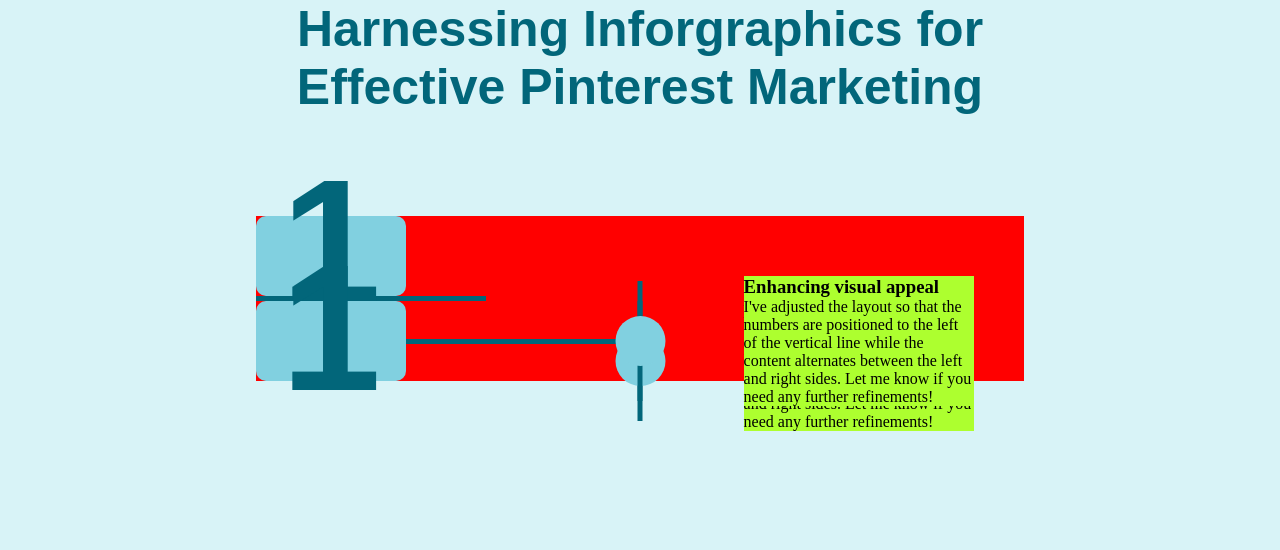
Repository: ayushrajput545/InforGraphic-page
Page: index.html
These files come from the project's save history. The page is drawn as it stood at one moment and after the next save; the edit follows.
The browser window is 1280 px wide. The pictures show the whole page.
Some web fonts or font styles are not loaded; a fallback is used.

Above is the page before, as saved 2025-04-01 22:57:00.

After the next save:
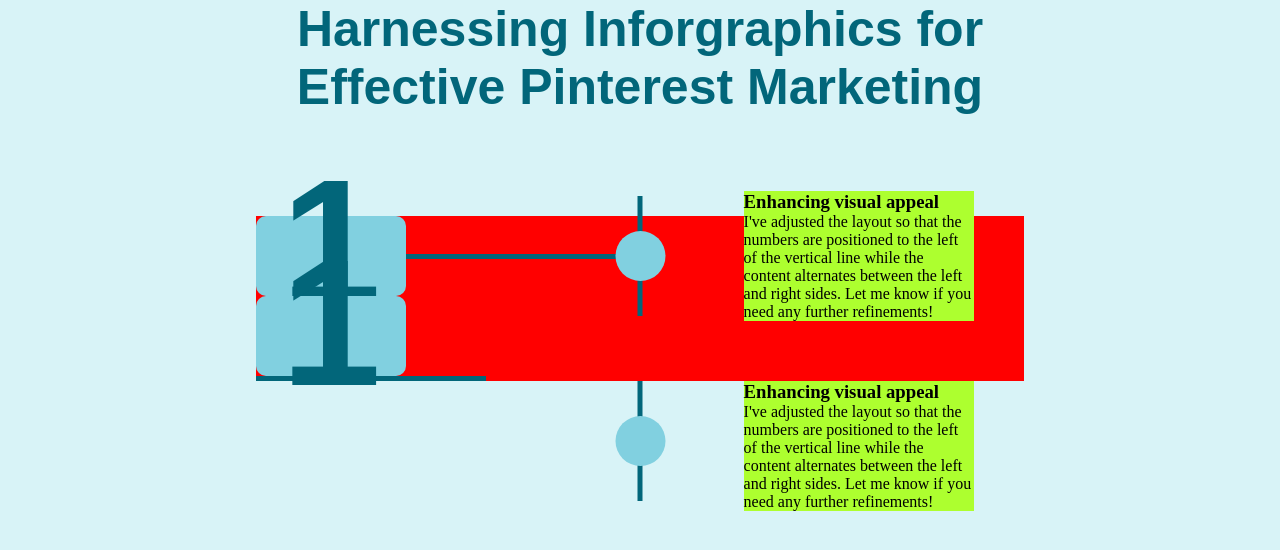
Saved 9 s later.
--- a/style.css
+++ b/style.css
@@ -26,7 +26,7 @@
     margin-top: 100px;
 }
 
-.content-steps{
+.content-steps-odd{
     display: flex;
     align-items: center;
     position: relative;
